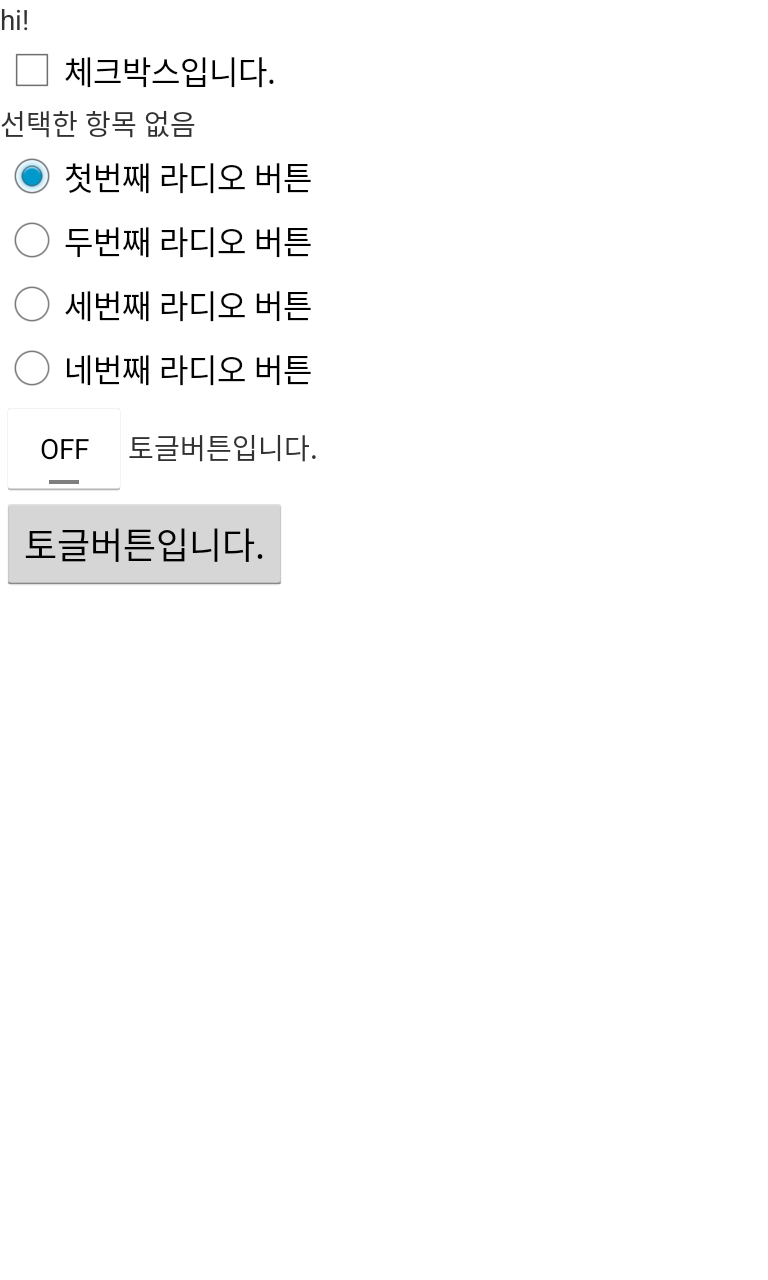
Repository: supremehappy/Android
Layout: EventTest/res/layout/activity_main.xml
An editor plug-in stored every save of this project. The layout is shown before and after the next save, followed by the edit.
It is drawn on a 768 x 1280 px phone screen (xhdpi) without system bars, with theme AppTheme; the app's code is not run.

Above is the layout before, as saved 2017-08-24 02:46:54.

After the next save:
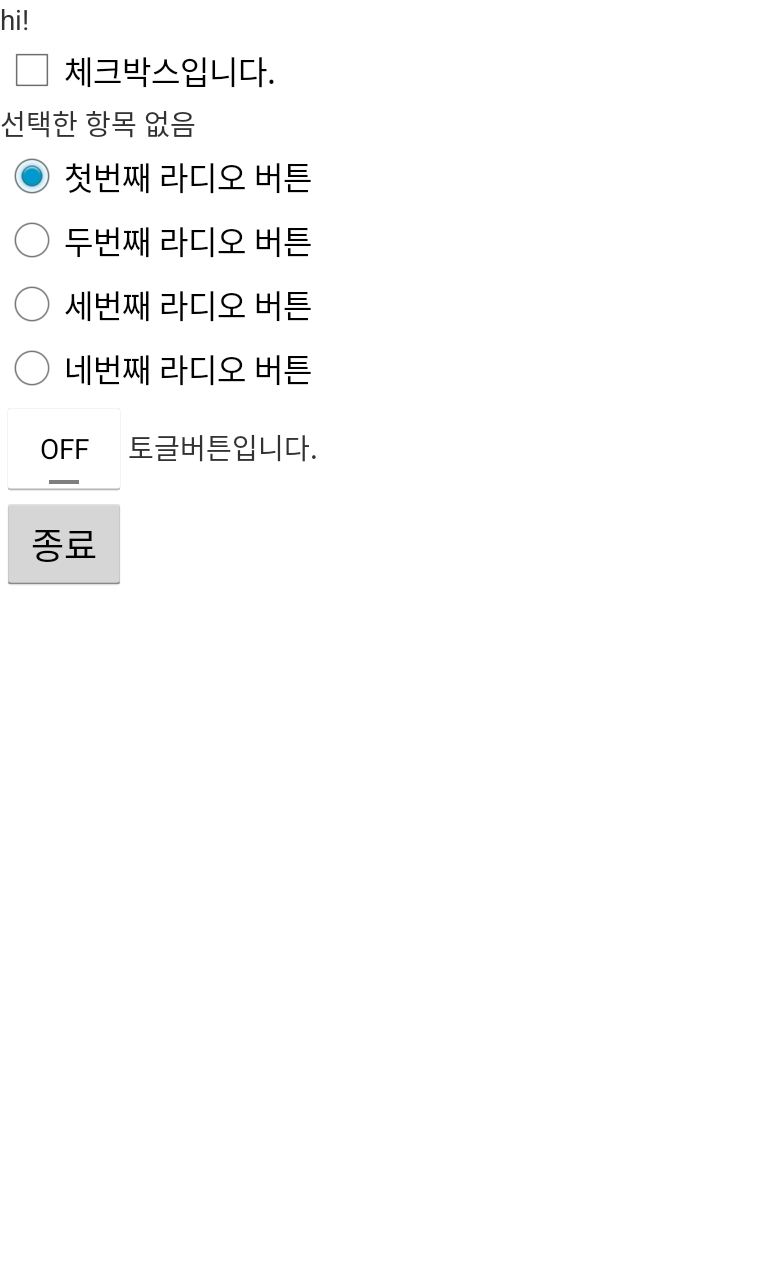
Saved 104 s later.
--- a/EventTest/res/values/strings.xml
+++ b/EventTest/res/values/strings.xml
@@ -11,6 +11,6 @@
     <string name="rdo4_title">네번째 라디오 버튼</string>
     <string name="tgl_title">토글버튼</string>
     <string name="txt_tgl">토글버튼입니다.</string>
-    <string name="bnt_title">토글버튼입니다.</string>
+    <string name="bnt_title">종료</string>
 
 </resources>
